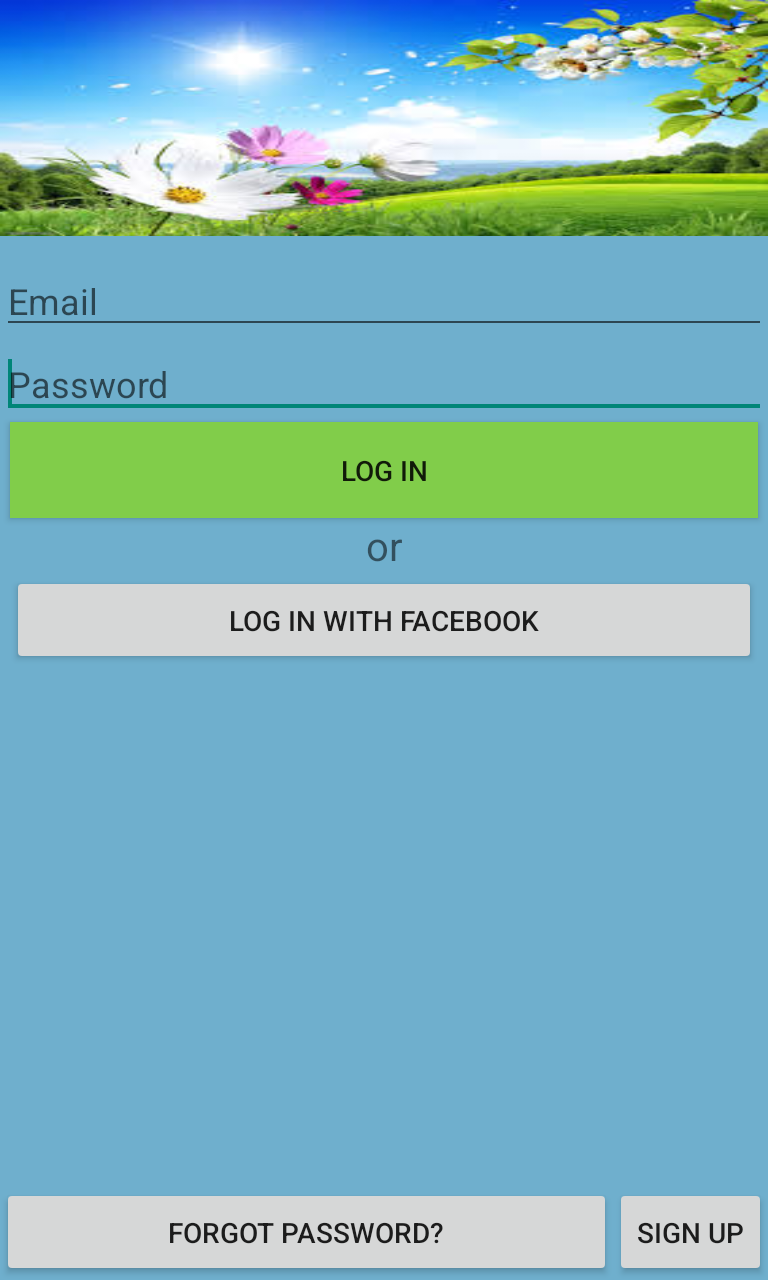
Repository: adarshnair13/my-project
Layout: ash/res/layout/activity_main.xml
These files come from the project's save history. The layout is drawn as it stood at one moment and after the next save; the edit follows.
It is drawn on a 768 x 1280 px phone screen (xhdpi) without system bars, with theme AppTheme; the app's code is not run.

Above is the layout before, as saved 2015-02-02 23:29:51.

After the next save:
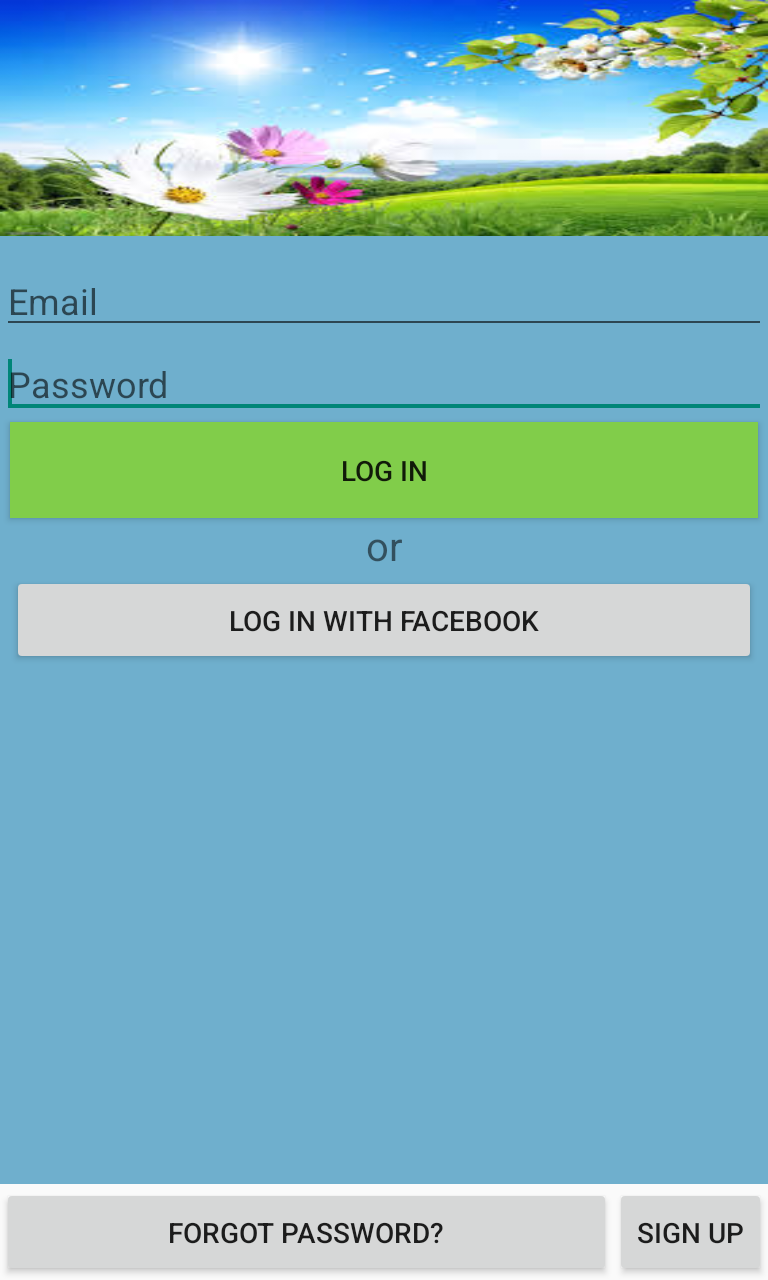
Saved 68 s later.
--- a/ash/res/layout/activity_main.xml
+++ b/ash/res/layout/activity_main.xml
@@ -3,7 +3,6 @@
     android:id="@+id/RelativeLayout1"
     android:layout_width="match_parent"
     android:layout_height="match_parent"
-    android:background="#6FAFCD"
     android:orientation="vertical"
     tools:context="com.adarsh.ash.MainActivity" >
 
@@ -31,6 +30,7 @@
         android:layout_height="wrap_content"
         android:layout_above="@+id/button4"
         android:layout_alignParentTop="true"
+        android:background="#6FAFCD"
         android:orientation="vertical" >
 
         <ImageView

After the save that followed:
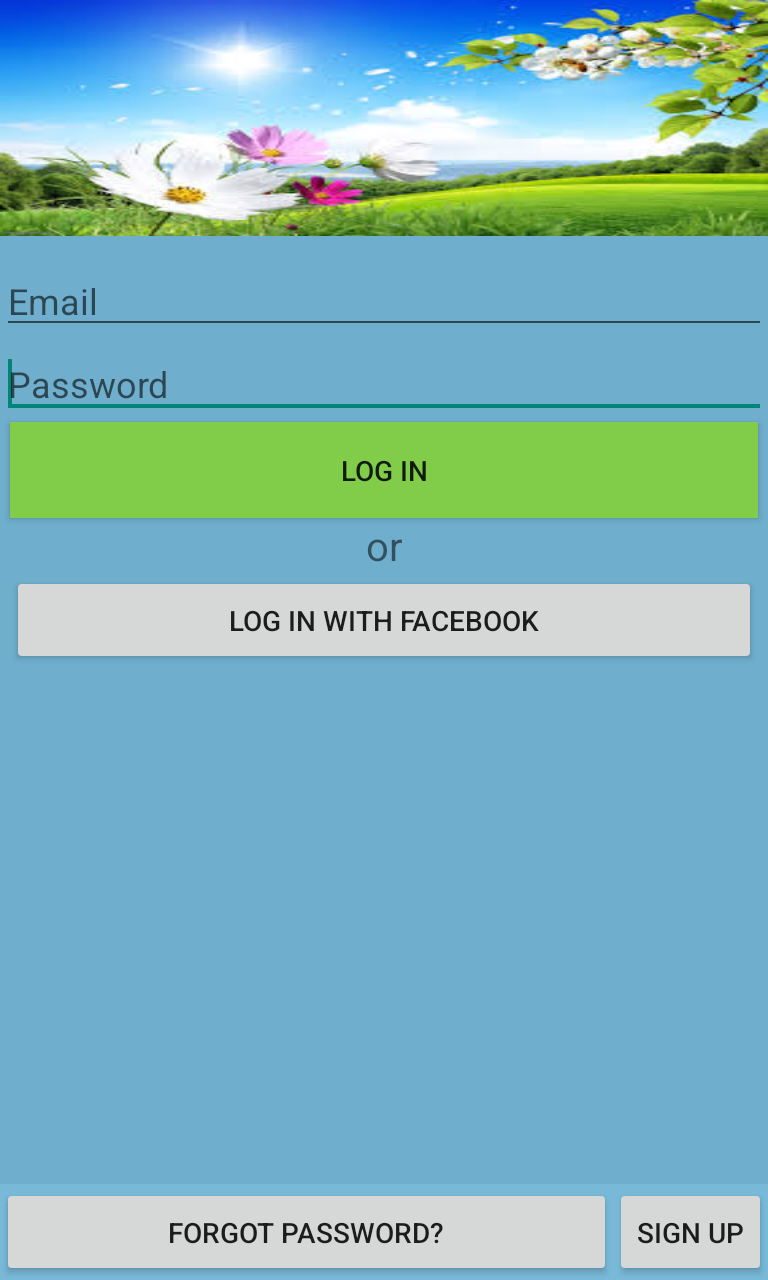
Saved 55 s later.
--- a/ash/res/layout/activity_main.xml
+++ b/ash/res/layout/activity_main.xml
@@ -3,6 +3,7 @@
     android:id="@+id/RelativeLayout1"
     android:layout_width="match_parent"
     android:layout_height="match_parent"
+    android:background="#79B9D8"
     android:orientation="vertical"
     tools:context="com.adarsh.ash.MainActivity" >
 
